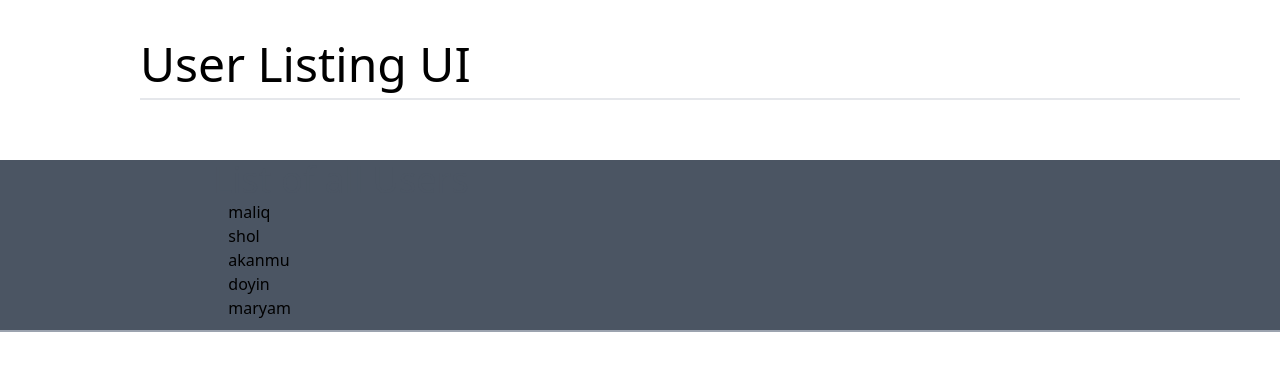
Repository: Marlstergo/listings
Page: / (app in client/)
These files come from the project's save history. The page is drawn as it stood at one moment and after the next save; the edit follows.
The browser window is 1280 px wide. The pictures show the whole page.
The project was rebuilt for these pictures with package versions that can differ from the ones it lists, and the page was loaded fresh each time. Also part of the build but not shown: client/craco.config.js, client/src/components/Loader.js, client/src/components/Order.js, client/src/components/Modal.js. Imported but missing from the stored project, and not drawn on this page: client/src/components/Base, client/src/components/Toppings.

Above is the page before, as saved 2021-07-20 23:29:38.

### client/src/index.js
/* eslint-disable no-unused-vars */
import React from "react";
import ReactDOM from "react-dom";
import "./index.css";
import App from "./App";
import reportWebVitals from "./reportWebVitals";
import { BrowserRouter } from "react-router-dom";
import { Provider } from "react-redux";
import { store } from "./redux/store";
import { PersistGate } from "redux-persist/integration/react";
import { persistor } from "./redux/store";

ReactDOM.render(
  <React.StrictMode>
    <Provider store={store}>
      <BrowserRouter>
        <PersistGate persistor={persistor}>
          <App />
        </PersistGate>
      </BrowserRouter>
    </Provider>
  </React.StrictMode>,
  document.getElementById("root")
);

// If you want to start measuring performance in your app, pass a function
// to log results (for example: reportWebVitals(console.log))
// or send to an analytics endpoint. Learn more: https://bit.ly/CRA-vitals
reportWebVitals();

### client/src/App.js
import React, { useState } from 'react';
import { Route, Switch, useLocation } from "react-router-dom";
import Header from './components/Header';
import Home from './components/Home';
import Base from './components/Base';
import Toppings from './components/Toppings';
import Order from './components/Order';
import Modal from './components/Modal';
import { AnimatePresence } from 'framer-motion';

function App() {
  const location = useLocation();
  const showModal = true;

  return (
    <>
      <Header />
      {/* <Modal showModal={showModal} /> */}
      <AnimatePresence exitBeforeEnter>
        <Switch location={location} key={location.key}>
          <Route path="/">
            <Home />
          </Route>
          <Route path="/createUpdateUser">
            <Toppings />
          </Route>
          <Route path="/order">
            <Order />
          </Route>
          <Route path="/">
            <Home />
          </Route>
        </Switch>
      </AnimatePresence>

    </>
  );
}

export default App;

### client/src/redux/store.js
import { createStore, applyMiddleware } from "redux";
import { logger } from 'redux-logger';
import {persistStore} from 'redux-persist';
// import thunk from 'redux-thunk'
import createSagaMiddleware from 'redux-saga'

import rootSaga from './root-sagas'

import rootReducer from './root-reducer';

const sagaMiddleware = createSagaMiddleware()

const middleware = [sagaMiddleware];

if( process.env.NODE_ENV === 'development'){
    middleware.push(logger)
}

export const store = createStore(rootReducer, applyMiddleware(...middleware))

sagaMiddleware.run(rootSaga)

export const persistor = persistStore(store)

export default (store, persistor);

### client/src/components/Header.js
import React from 'react';
import { motion } from 'framer-motion';

const svgVariants = {
  hidden: { rotate: -180 },
  visible: {
    rotate: 0,
    transition: { duration : 1 }
  },
}

const pathVariants = {
  hidden: {
    opacity: 0,
    pathLength: 0,
  },
  visible: {
    opacity: 1,
    pathLength: 1,
    transition: {
      duration: 2,
      ease: "easeInOut",
    }
  }
};


const Header = () => {
  return (
    <header className='flex p-[40px]  items-center'>
      <motion.div className="logo"
        drag
        dragConstraints={{ left: 0, top: 0, right: 0, bottom: 0 }}
        dragElastic={0.7}
      >
        <motion.svg className="w-[80px] overflow-visible" xmlns="http://www.w3.org/2000/svg" viewBox="0 0 100 100"
          variants={svgVariants}
          initial="hidden"
          animate="visible"
        >
          <motion.path
            fill="none"
            d="M40 40 L80 40 C80 40 80 80 40 80 C40 80 0 80 0 40 C0 40 0 0 40 0Z"
            variants={pathVariants}
          />
          <motion.path
            fill="none"
            d="M50 30 L50 -10 C50 -10 90 -10 90 30 Z"
            variants={pathVariants}
          />
        </motion.svg>
      </motion.div>
      <motion.div className=" flex-grow ml-[20px] text-xs"
        initial={{ y: -250}}
        animate={{ y: -10 }}
        transition={{ delay: 0.2, type: 'spring', stiffness: 120 }}
      >
        <h1 className="border-b-2 pb-[10px] text-5xl">User Listing UI</h1>
      </motion.div>
    </header>
  )
}

export default Header;

### client/src/components/Home.js
import React from "react";
import { Link } from "react-router-dom";
import { motion } from "framer-motion";
import Loader from "./Loader";

const buttonVariants = {
  hover: {
    scale: 1.1,
    textShadow: "0px 0px 8px rgb(255,255,255)",
    boxShadow: "0px 0px 8px rgb(255,255,255)",
    transition: {
      duration: 0.3,
      yoyo: 5,
    },
  },
};

const containerVariants = {
  hidden: {
    opacity: 0,
  },
  visible: {
    opacity: 1,
    transition: { delay: 1.5, duration: 1.5 },
  },
  exit: {
    x: "-100vh",
    transition: { ease: "easeInOut" },
  },
};
const users = ["maliq", "shol", "akanmu", "doyin", "maryam"];
const Home = () => {
  return (
    <motion.div
      className="bg-gray-600  pb-[10px] mb-[10px] border-b-2 border-gray-400 flex flex-col items-center"
      variants={containerVariants}
      initial="hidden"
      animate="visible"
      exit="exit"
    >
      <div className="w-2/3 ">
        <h1 className="text-gray-600 text-4xl">List of all Users</h1>
        <ul className="pl-[15px]">
          {users.map(
            (user , idx) => (
              <li key={idx}>{user}</li>
            )
          )}

        </ul>
        {/* <table className="min-w-full divide-y divide-gray-200">
          <thead>
            <tr>
              <th className="px-6 py-3 bg-gray-50 text-left text-xs font-medium text-gray-500 uppercase tracking-wider">
                Transaction
              </th>
              <th className="px-6 py-3 bg-gray-50 text-right text-xs font-medium text-gray-500 uppercase tracking-wider">
                Amount
              </th>
              <th className="hidden px-6 py-3 bg-gray-50 text-left text-xs font-medium text-gray-500 uppercase tracking-wider md:block">
                Status
              </th>
              <th className="px-6 py-3 bg-gray-50 text-right text-xs font-medium text-gray-500 uppercase tracking-wider">
                Date
              </th>
            </tr>
          </thead>
        </table> */}
      </div>
    </motion.div>
  );
};

export default Home;

### client/src/redux/root-sagas.js
import {all, call} from 'redux-saga/effects'
import {userSagas} from './user/user.sagas'


export default function* rootSaga(){
    yield all([
        call(userSagas),
    ])
}

### client/src/redux/root-reducer.js
import {combineReducers} from 'redux'
import userReducer from './user/user.reducer'
// import cartReducer from './cart/cart.reducer'
import {persistReducer} from 'redux-persist'
import storage from 'redux-persist/lib/storage'
// import directoryReducer from './directory/directory.reducer'
// import shopReducer from './shop/shop.reducer'

const persistConfig ={
    key: 'root',
    storage,
    whitelist: ['' ]
}
const rootReducer = combineReducers({
    user: userReducer,

})
export default persistReducer(persistConfig, rootReducer)

### client/src/redux/user/user.sagas.js
import { all, call, put, takeLatest } from "redux-saga/effects";

import UserActionTypes from "./user.types";
import { loadUserDetail } from "./user.action";
// import axios from "axios";
// import { getUserDetailsURL } from "../../components/stringConstants";

export function* getDetails() {
  yield console.log("i fired");

  // try {
  //   console.log("inside try");

  //   const res = yield axios.get(getUserDetailsURL);
  //   const data = yield res.data;
  //   console.log(res);
  //   yield put(loadUserDetail(data ? data.data[0] : {}));
  // } catch (err) {
  //   console.log(err.response);
  //   if (err.response && err.response.statusText === "Not Found") {
  //     // console.log("");
  //     window.location.href = "/profile/settings?newUser=0837";
  //   }
  // }
}

export function* getUserDetails() {
  yield takeLatest(UserActionTypes.GET_USER_DETAIL, getDetails);
}
// export function* loadUserDetails(){
//     yield takeLatest(UserActionTypes.LOAD_USER_DETAIL, loadDetails)
// }

export function* userSagas() {
  yield all([call(getUserDetails)]);
}

### client/src/redux/user/user.reducer.js
import UserActionTypes from "./user.types";
const INITIAL_STATE = {
  // currentUser: null,
  userDetail: {},
  demo: 'i am demo',
  location: null

};
const userReducer = (state = INITIAL_STATE, action) => {
  switch (action.type) {

    case UserActionTypes.LOAD_USER_DETAIL:
      return {
        ...state,
        userDetail: action.payload,
      };

    case UserActionTypes.COLLECT_GEOLOCATION:
      return {
        ...state,
        location: action.payload
      }
    default:
      return state;
  }
};

export default userReducer;

### client/src/redux/user/user.types.js
const UserActionTypes ={
    GOOGLE_SIGN_IN_START : 'GOOGLE_SIGN_IN_START',
    SIGN_IN_SUCCESS : 'SIGN_IN_SUCCESS',
    SIGN_IN_FAILURE : 'SIGN_IN_FAILURE',
    GET_USER_DETAIL: 'GET_USER_DETAIL',
    LOAD_USER_DETAIL: 'LOAD_USER_DETAIL',
    COLLECT_GEOLOCATION: 'COLLECT_GEOLOCATION',
    FETCH_GEOLOCATION: 'FETCH_GEOLOCATION'
}
export default UserActionTypes;

### client/src/redux/user/user.action.js
import UserActionTypes from './user.types'



// export const googleSignInStart = () => ({
//     type: UserActionTypes.GOOGLE_SIGN_IN_START
// })

// export const signInSuccess = (user) => ({
//     type: UserActionTypes.SIGN_IN_SUCCESS,
//     payload: user
// })

export const getUserDetail = () => ({
    type: UserActionTypes.GET_USER_DETAIL,

})
export const loadUserDetail = (details) => ({
    type: UserActionTypes.LOAD_USER_DETAIL,
    payload: details
})

export const fetchGeoloction = () => ({
    type: UserActionTypes.FETCH_GEOLOCATION
})
export const collectGeolocation = (location) => ({
    type: UserActionTypes.COLLECT_GEOLOCATION,
    payload: location
})
// })

### client/tailwind.config.js
  // tailwind.config.js
  module.exports = {
    mode:'jit',
    purge: ['./src/**/*.{js,jsx,ts,tsx}', './public/index.html'],
     darkMode: false, // or 'media' or 'class'
     theme: {
       extend: {},
     },
     variants: {
       extend: {},
     },
     plugins: [],
   }

Loaded but not shown: client/public/index.html (common file); client/src/index.css (common file); client/src/reportWebVitals.js (common file)

After the next save:
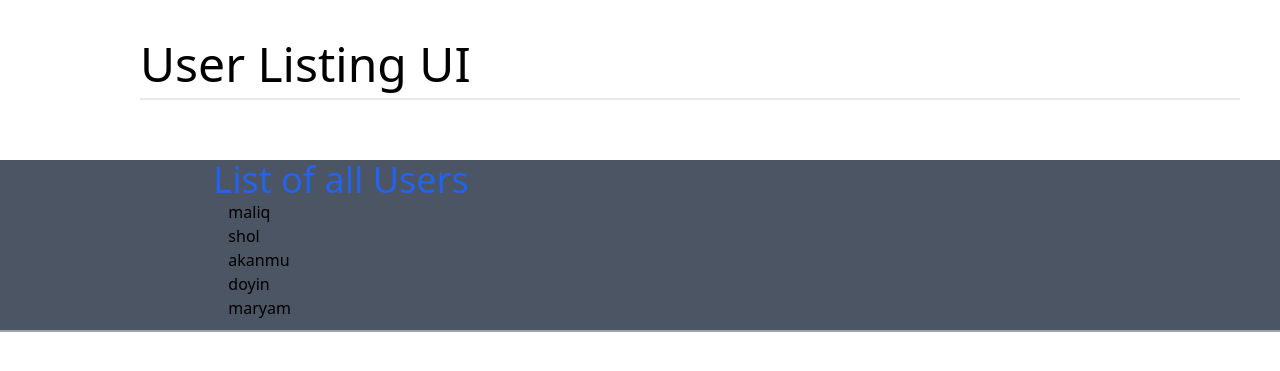
Saved 3 min 44 s later.
--- a/client/src/components/Home.js
+++ b/client/src/components/Home.js
@@ -39,7 +39,7 @@ const Home = () => {
       exit="exit"
     >
       <div className="w-2/3 ">
-        <h1 className="text-gray-600 text-4xl">List of all Users</h1>
+        <h1 className="text-blue-600 text-4xl">List of all Users</h1>
         <ul className="pl-[15px]">
           {users.map(
             (user , idx) => (
